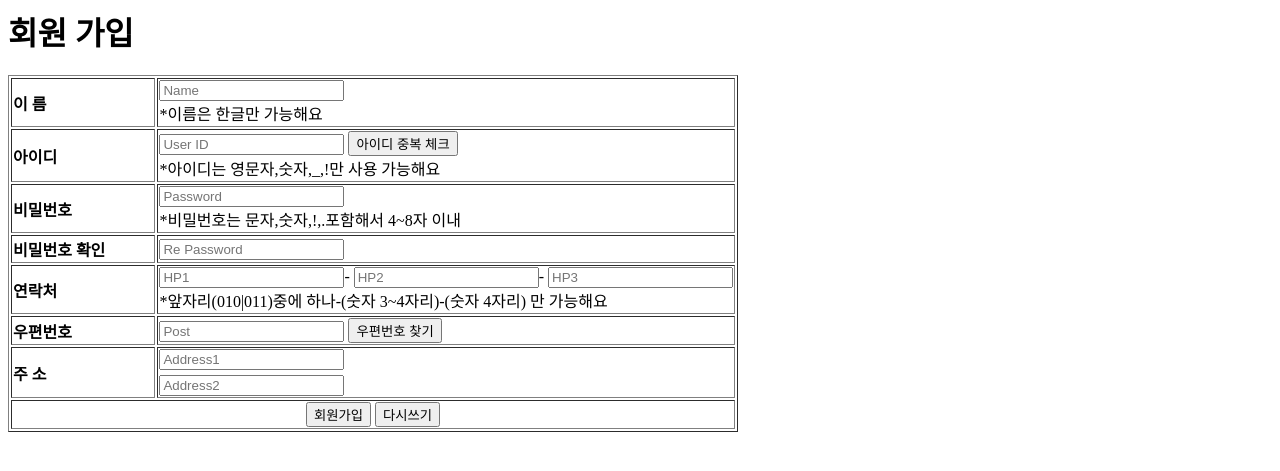
Repository: Jayking0215/myjava
Page: http://localhost/SpringWeb/WEB-INF/views/member/join.jsp
An editor plug-in stored every save of this project. The page is shown before and after the next save, followed by the edit.
The browser window is 1280 px wide. The pictures show the whole page.
The page is served by Tomcat 9. Nobody is signed in. Other server files are loaded and not shown. The template is opened directly, without the code that normally fills it, so the values that code supplies are empty.

Above is the page before, as saved 2023-05-03 04:49:55.

### SpringWorkspace/SpringWeb/src/main/webapp/WEB-INF/views/member/join.jsp
<%@ page language="java" contentType="text/html; charset=UTF-8"
    pageEncoding="UTF-8"%>

<!-- js파일 참조-------------------------------- -->
<script type="text/javascript" src="./js/userCheck.js"></script>
<!-- ------------------------------------------ -->
<div class="container">
	<h1>회원 가입</h1>
	<form name="mf" action="join" method="post">
	<!-----활동회원: mode(0), 관리자(9)--------------------->
	<input type="hidden" name="mode" value="0">
	<!------------------------------------------------->
	<table border="1" class="table">
		<tr>
			<td width="20%" class="m1"><b>이  름</b></td>
			<td width="80%" class="m2">
			<input type="text" name="name" id="name" class="form-control"
			 placeholder="Name">
			<br>
			<span class="ck">*이름은 한글만 가능해요</span>
			</td>
		</tr>
		<tr>
			<td width="20%" class="m1"><b>아이디</b></td>
			<td width="80%" class="m2">
			<input type="text" name="userid" id="userid" readonly
			 placeholder="User ID">
			 <button type="button" onclick="open_idcheck()">아이디 중복 체크</button>
			<br>
			<span class="ck">*아이디는 영문자,숫자,_,!만 사용 가능해요</span>
			</td>
		</tr>
		<tr>
			<td width="20%" class="m1"><b>비밀번호</b></td>
			<td width="80%" class="m2">
			<input type="password" name="pwd" id="pwd"
			 placeholder="Password">
			<br>
			<span class="ck">*비밀번호는 문자,숫자,!,.포함해서 4~8자 이내</span>
			</td>
		</tr>

		<tr>
			<td width="20%" class="m1"><b>비밀번호 확인</b></td>
			<td width="80%" class="m2">
			<input type="password" name="pwd2" id="pwd2"
			 placeholder="Re Password">
			<br>
			</td>
		</tr>
		<tr>
			<td width="20%" class="m1"><b>연락처</b></td>
			<td width="80%" class="m2">
			<input type="text" name="hp1" id="hp1" placeholder="HP1" maxlength="3">-
			<input type="text" name="hp2" id="hp2" placeholder="HP2" maxlength="4">-
			<input type="text" name="hp3" id="hp3" placeholder="HP3" maxlength="4">
			<br>
			<span class="ck">*앞자리(010|011)중에 하나-(숫자 3~4자리)-(숫자 4자리)
			만 가능해요
			</span>
			</td>
		</tr>
		<tr>
			<td width="20%" class="m1"><b>우편번호</b></td>
			<td width="80%" class="m2">
			<input type="text" name="post" id="post"
			 placeholder="Post" maxlength="5">
			 <button type="button" onclick="">우편번호 찾기</button>
			<br>
			</td>
		</tr>

		<tr>
			<td width="20%" class="m1"><b>주  소</b></td>
			<td width="80%" class="m2">
			<input type="text" name="addr1" id="addr1"
			 placeholder="Address1" style="margin-bottom:5px;">
			<br>
			<input type="text" name="addr2" id="addr2"
			 placeholder="Address2">
			</td>
		</tr>
		<tr>
			<td colspan="2" class="m2" style="text-align:center">
				<button type="button" onclick="member_check()">회원가입</button>
				<button type="reset">다시쓰기</button>
			</td>
		</tr>

	</table>

	</form>
</div>

### SpringWorkspace/SpringWeb/src/main/webapp/js/userCheck.js
/**
 * https://regexr.com
 */
let win=null;
function open_idcheck(){
	win=window.open("idCheck","idCheck","width=400, height=400, left=200, top=200");
}//--------------------------

function set_id(uid){
	//alert(uid);
	//uid값을 부모창(window)의 userid의 value값에 전달하자
	//팝업창에서 부모창을 참조할때는: opener (window)
	//window >document>forms
	opener.document.mf.userid.value = uid;

	//팝업창 닫기
	self.close();
}//--------------------------

function id_check(){
	if(!idf.userid.value){
		alert('아이디를 입력해야 해요');
		idf.userid.focus();
		return;
	}
	if(!isUserid(idf.userid)){
		alert('아이디는 영문자,숫자,_,!로 4~8자까지 가능해요');
		idf.userid.select();
		return;
	}
	idf.submit();
}//-------------------------


function member_check(){
	if(!isKor(mf.name)){
		alert('이름은 한글로 2자 이상 가능해요');
		mf.name.select();
		return;
	}
	//*아이디는 영문자,숫자,_,!만 사용 가능해요
	if(!isUserid(mf.userid)){
		alert('아이디는 영문자,숫자,_,!만 4~8자까지 가능해요');
		mf.userid.select();
		return;
	}

	//로그인한 사람이 관리자일 경우는 비번 변경 불가==> mf.mode.value값이 9면 관리자
	//비밀번호는 문자,숫자,!,.포함해서 4~8자 이내
	if(mf.mode.value!=9 && !isPasswd(mf.pwd)){
		alert('비밀번호는 문자,숫자,!_,.포함해서 4~8자 이내여야 해요');
		mf.pwd.select();
		return;
	}
	//비번,비번확인 값 일치 여부 체크
	if(mf.mode.value!=9 && (mf.pwd.value!= mf.pwd2.value)){
		alert('비밀번호와 비밀번호 확인값이 달라요');
		mf.pwd2.select();
		return;
	}
	//앞자리(010|011)중에 하나-(숫자 3~4자리)-(숫자 4자리) 만 가능해요
	if(!isMobile(mf.hp1, mf.hp2, mf.hp3)){
		alert('앞자리(010|011)중에 하나-(숫자 3~4자리)-(숫자 4자리) 만 가능해요');
		mf.hp1.select();
		return;
	}

	//날짜 체크
	/*if(!isDate(mf.addr1)){
		alert('날짜 형식에 맞지 않아요 [yyyy-mm-dd] or [yyyy/mm/dd]');
		mf.addr1.select();
		return;
	}*/
	//이메일 체크
	/*
	asdf-12cd@gmail.com
	asdf.my@naver.com
	asdf12@google.co.kr
	*/
	/*
	if(!isEmail(mf.addr1)){
		alert('이메일 형식에 맞지 않아요');
		mf.addr1.select();
		return;
	}
	*/

	mf.submit();//서버로 전송
}//member_check()--------------------
/*/
+ : 1개 이상 (one more)
* : 0 또는 여러개 (one or more)
? : 0 또는 1 (one or zero)
 */

function isEmail(input){
	let val=input.value;
	let pattern=/^[\w-]+(\.[\w]+)*@([a-zA-Z]+\.)+[a-z]{2,3}$/;
	let b=pattern.test(val);
	//alert('email: '+b);
	return b;
}//isEmail()------------------------


//날짜 형식에 맞는지 체크하는 함수
//월: 01 02 03 04 05...09,10,11,12
//일: 01~31
//2023-01-31 or 2023/01/31
// [\/] : /를 의미
function isDate(input){
	let val=input.value;
	let pattern=/^(19|20)[\d]{2}[-\/](0[1-9]|1[0-2])[-\/](0[1-9]|[12][0-9]|3[0-1])$/;
	let b=pattern.test(val);
	alert('date: '+b);
	return b;
}//isDate()--------------------------

/*
\b : 단어의 경계를 나타내며, 해당 패턴이 정확하게 일치해야 함을 의미
(010|011): 010 또는 011이 와야 함을 의미
\d{3,4} : 숫자가 3개이상 4개 이하 와야 함
\d{4} : 숫자가 4개 와야 함
*/
//앞자리(010|011)중에 하나-(숫자 3~4자리)-(숫자 4자리) 만 가능해요
function isMobile(input1, input2, input3){
	let val=input1.value+"-"+input2.value+"-"+input3.value;
	let pattern=/\b(010|011)[-][\d]{3,4}[-][\d]{4}\b/;
	let b=pattern.test(val);
	//alert('hp: '+b);
	return b;
}//isMobile()---------------------------


/*
\w : 알파벳대소문,숫자,_
\. : 마침표
! : !
{4,8}: 4~8자리까지
*/
//비밀번호는 문자,숫자,!,.,_포함해서 4~8자 이내
function isPasswd(input){
	let val=input.value;
	let pattern=/^[\w!\.]{4,8}$/;
	let b=pattern.test(val);
	//alert('pwd: '+b);
	return b;
}//isPasswd()-------------------------

/*
^ :시작을 의미
$ :끝을 의미
a-z: 알파벳 소문자
A-Z: 알파벳 대문자
0-9: 아라비아 숫자
_ : _
! : !
{3} : 3자리만 가능
{3,} : 3자 이상 가능
{3,7}: 3~7자리까지 가능
*/
//아이디는 영문자로 시작하고 그다음에는 영문자,숫자,_,!만 3~7자까지
function isUserid(input){
	let val=input.value;
	let pattern=/^([A-Za-z])[A-Za-z0-9_!]{3,7}$/
	let b=pattern.test(val);
	//alert("id여부: "+b);
	return b;
}//isUserid()----------------------------




/**
 * ^ : 시작을 의미
 * $ : 끝을 의미
 * 가-힣 : 한글을 의미
 * + : 패턴이 1개 이상 반복된다는 의미
 * {2,}:패턴문자가 2개 이상 와야한다는 의미
*/
function isKor(input){
	//alert(input.value);
	let val=input.value;
	//정규식 객체: RegExp
	//let pattern=new RegExp(/multi/g); //flag: g,i,m,s
	//let pattern=/^[가-힣]+$/
	let pattern=/^[가-힣]{2,}$/
	//multi문자열이 있는지 여부를 체크
	let b=pattern.test(val);
	//test()함수: 정규식 패턴에 매개변수 문자열이 맞으면 true를 반환하고, 틀리면 false반환
	//alert(b);
	return b;
}

After the next save:
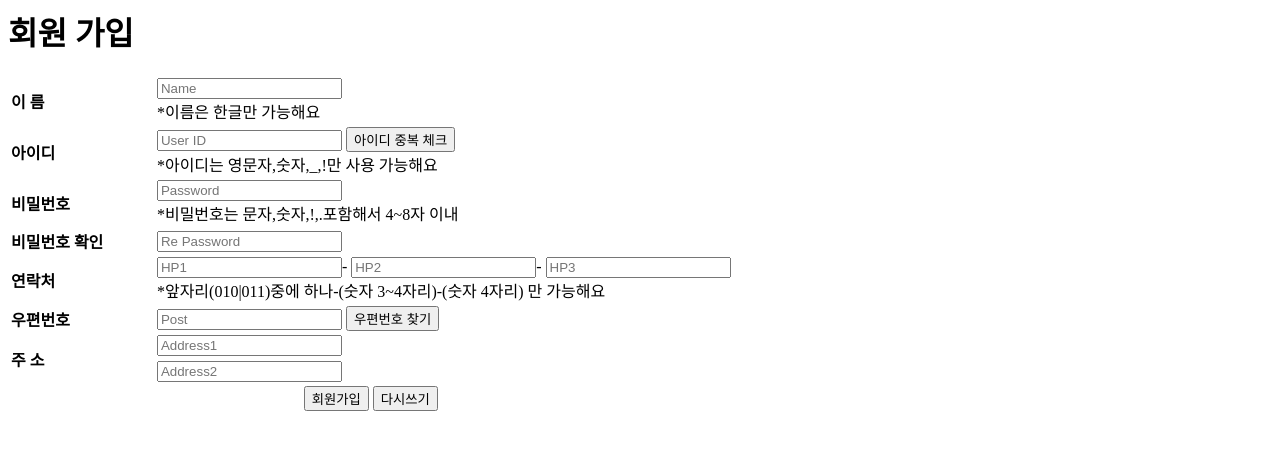
Saved 24 s later.
--- a/SpringWorkspace/SpringWeb/src/main/webapp/WEB-INF/views/member/join.jsp
+++ b/SpringWorkspace/SpringWeb/src/main/webapp/WEB-INF/views/member/join.jsp
@@ -10,7 +10,7 @@
 	<!-----활동회원: mode(0), 관리자(9)--------------------->
 	<input type="hidden" name="mode" value="0">
 	<!------------------------------------------------->
-	<table border="1" class="table">
+	<table class="table">
 		<tr>
 			<td width="20%" class="m1"><b>이  름</b></td>
 			<td width="80%" class="m2">
